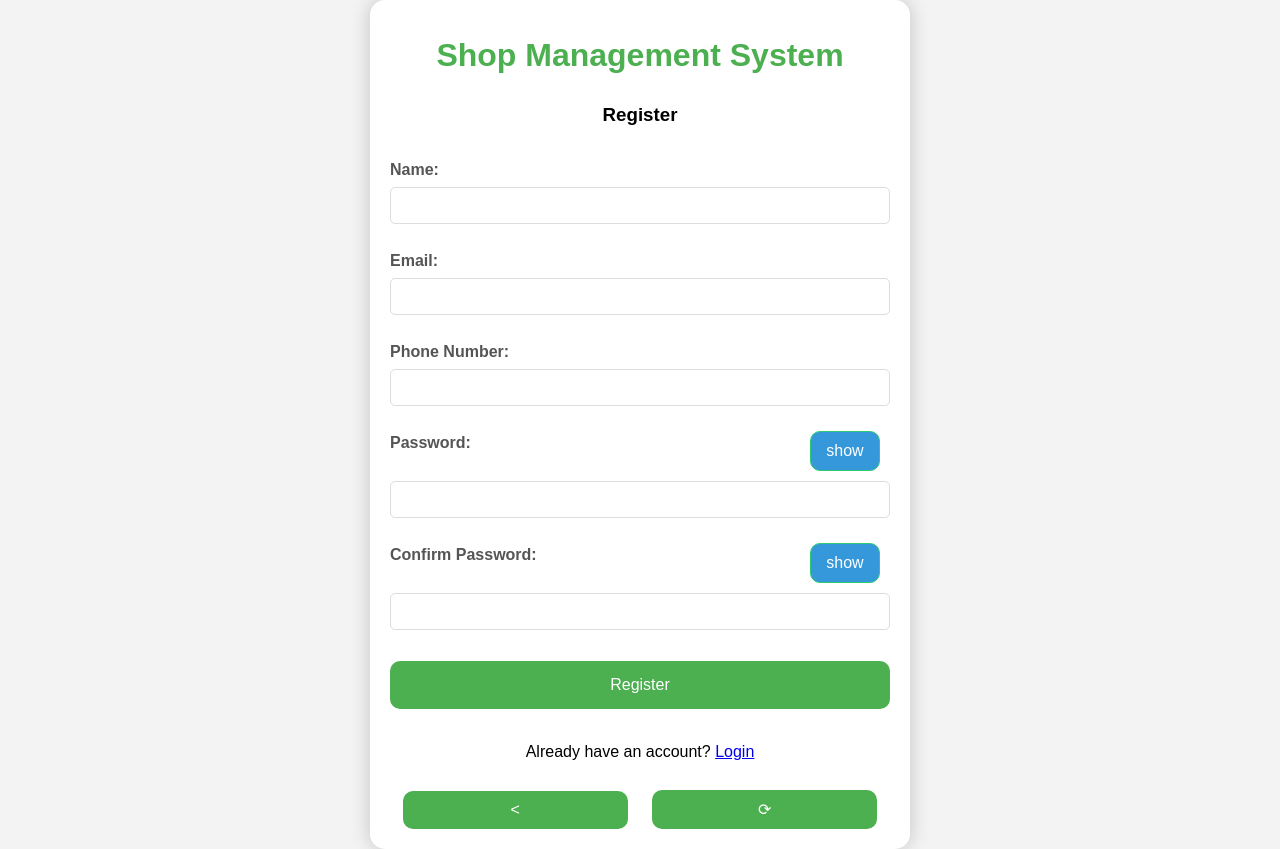
Repository: shamchiwade/GroceryNow
Page: http://localhost/ShopManagement/register.jsp
An editor plug-in stored every save of this project. The page is shown before and after the next save, followed by the edit.
The browser window is 1280 px wide. The pictures show the whole page.
The page is served by Tomcat 10. Nobody is signed in. The application's start-up code is not run.

Above is the page before, as saved 2024-10-17 18:07:09.

After the next save:
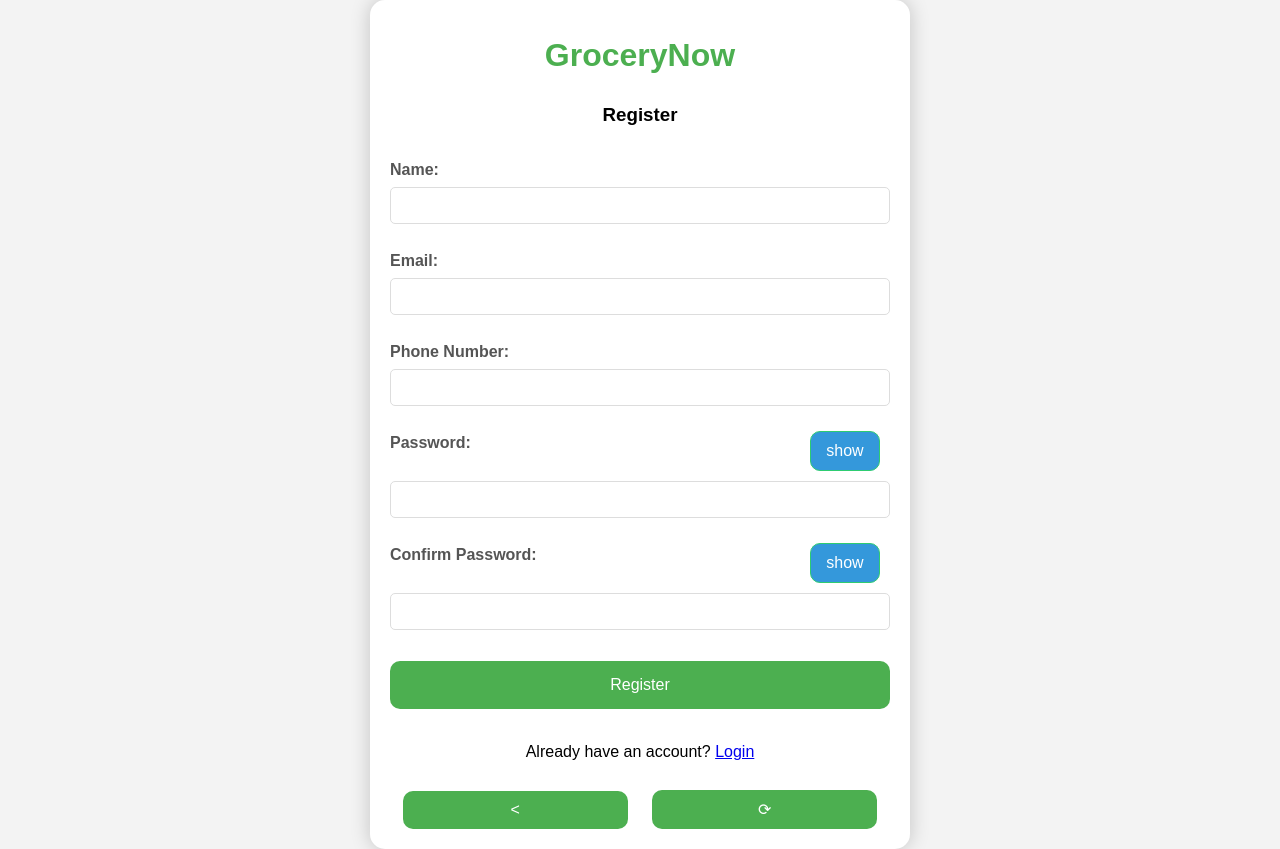
Saved 25 days later.
--- a/ShopManagement/src/main/webapp/register.jsp
+++ b/ShopManagement/src/main/webapp/register.jsp
@@ -1,6 +1,6 @@
 <html>
 <head>
-<title>Shop Management System - Register</title>
+<title>GroceryNow - Register</title>
 <style type="text/css">
 @charset "UTF-8";
 
@@ -115,7 +115,7 @@
 </head>
 <body>
 	<div class="main">
-		<h1>Shop Management System</h1>
+		<h1>GroceryNow</h1>
 		<h3>Register</h3>
 		<form action="register" method="post">
 			<label for="name">Name:</label> <input type="text" id="name"
